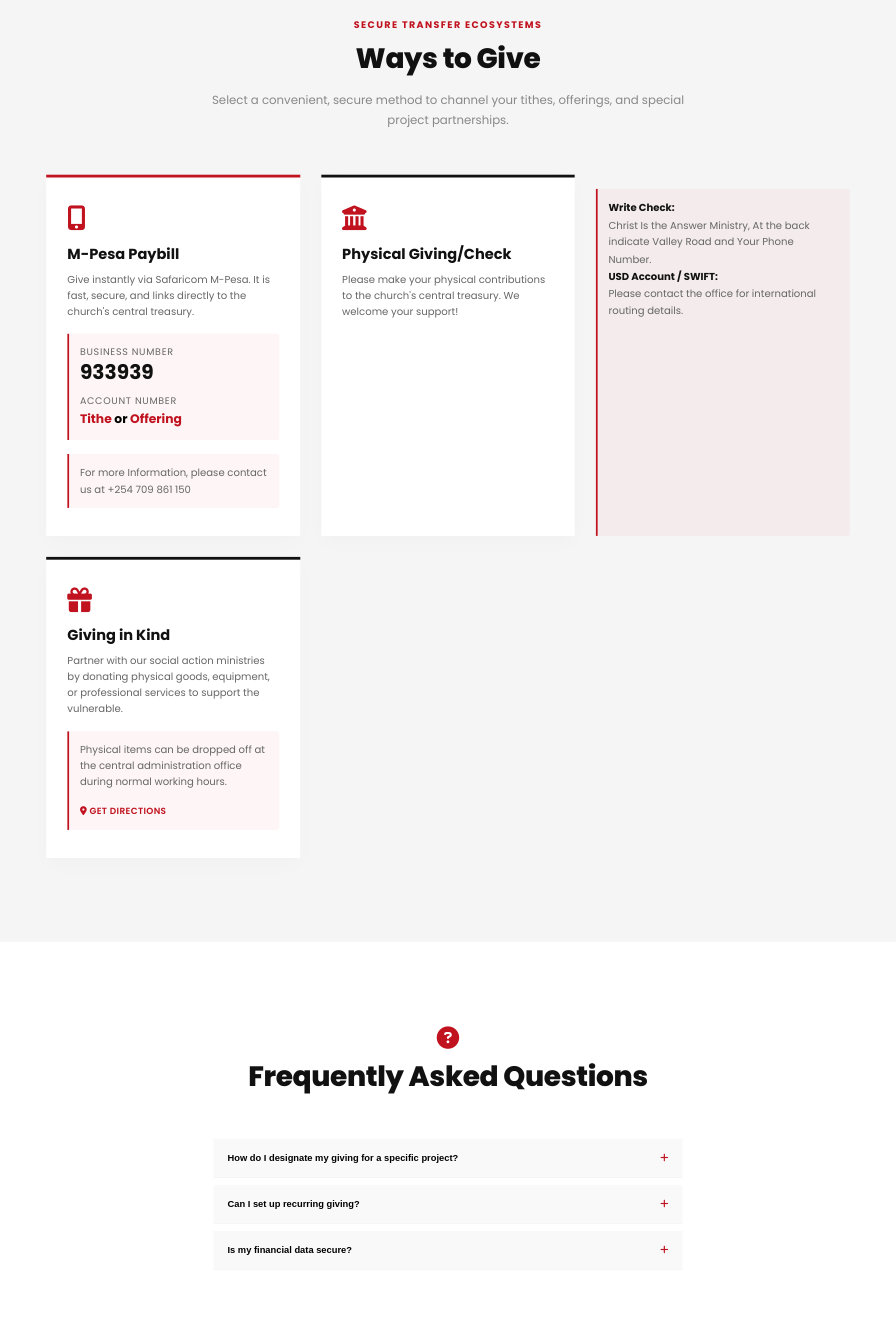
Repository: jereworks/CITAMVRD-Website
Page: give.html
The author's editor kept a copy of each file at every save. The page is drawn from the files as they stood at one save, then again after a run of saves.
The browser window is 1280 px wide. The pictures show the part of the page from y = 571 to 2491 px (the page is 2987 px tall before and 2529 px after), at 70% of full size.

Above is the page before, as saved 2026-06-12 07:40:29.

After the next 3 saves:
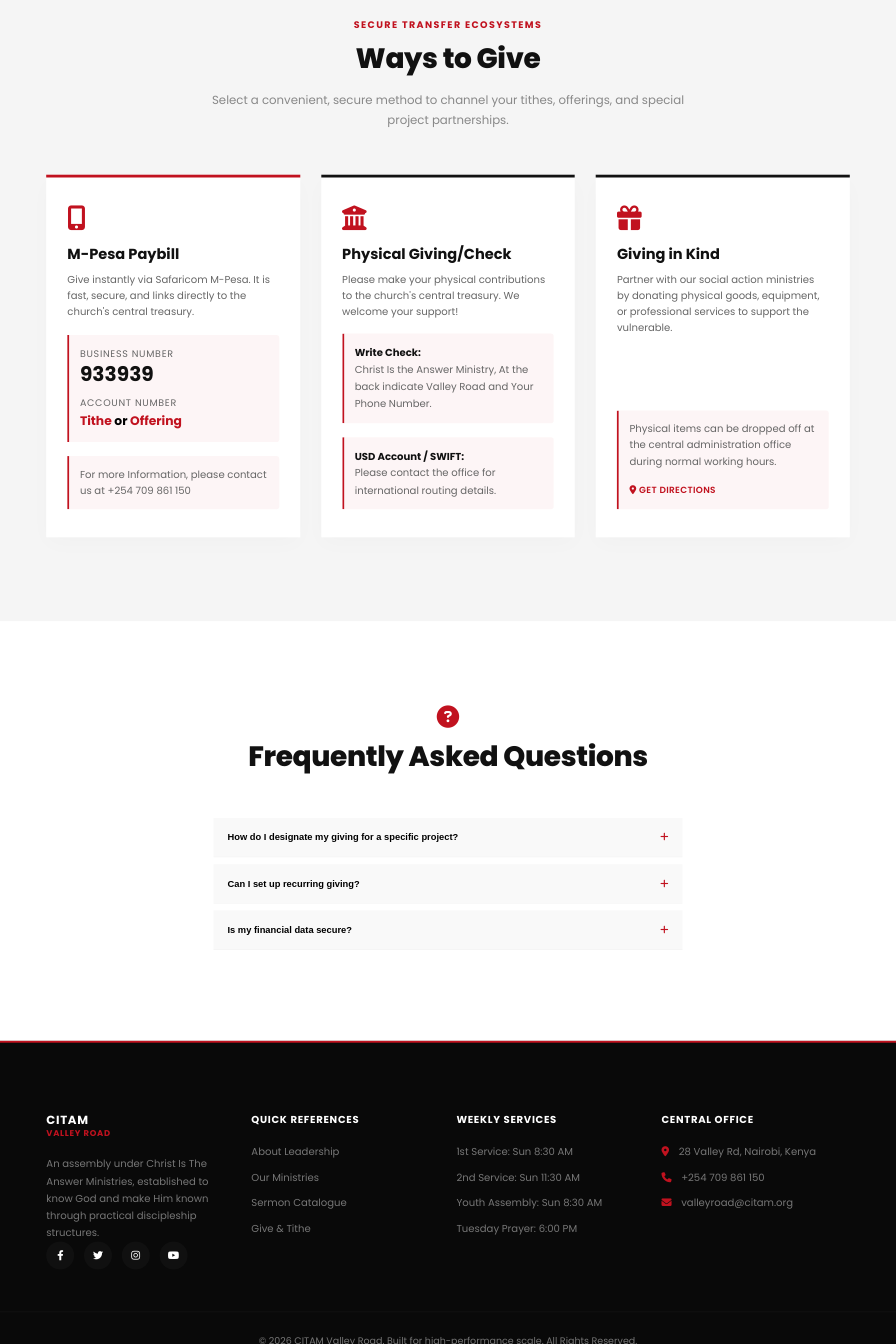
The 3 saves are shown as one change because they came seconds apart.
The last was saved 92 s later.
--- a/give.html
+++ b/give.html
@@ -115,23 +115,20 @@
                     <p style="flex-grow: 1;">Please make your physical contributions to the church's central treasury. We welcome your support!</p>
 
                     <div>
-
-                    </div>
-                </div>
-
-                <div style="background: rgba(193, 18, 31, 0.04); border-left: 3px solid var(--primary); padding: 15px; margin-top: 20px; border-radius: 0 4px 4px 0;">
                         <ul style="list-style: none; font-size: 0.9rem;">
-                            <li>
+                            <li style="background: rgba(193, 18, 31, 0.04); border-left: 3px solid var(--primary); padding: 15px; margin-top: 20px; border-radius: 0 4px 4px 0;">
                                 <strong style="color: var(--dark); display: block;">Write Check:</strong>
                                 Christ Is the Answer Ministry, At the back indicate Valley Road and Your Phone Number.
                             </li>
 
-                            <li>
+                            <li style="background: rgba(193, 18, 31, 0.04); border-left: 3px solid var(--primary); padding: 15px; margin-top: 20px; border-radius: 0 4px 4px 0;">
                                 <strong style="color: var(--dark); display: block;">USD Account / SWIFT:</strong>
                                 Please contact the office for international routing details.
                             </li>
                         </ul>
-                </div>
+                    </div>
+                </div>
+
 
                 <div class="identity-box animate-on-scroll reveal-up delay-2" style="display: flex; flex-direction: column;">
                     <div style="overflow: visible;">
